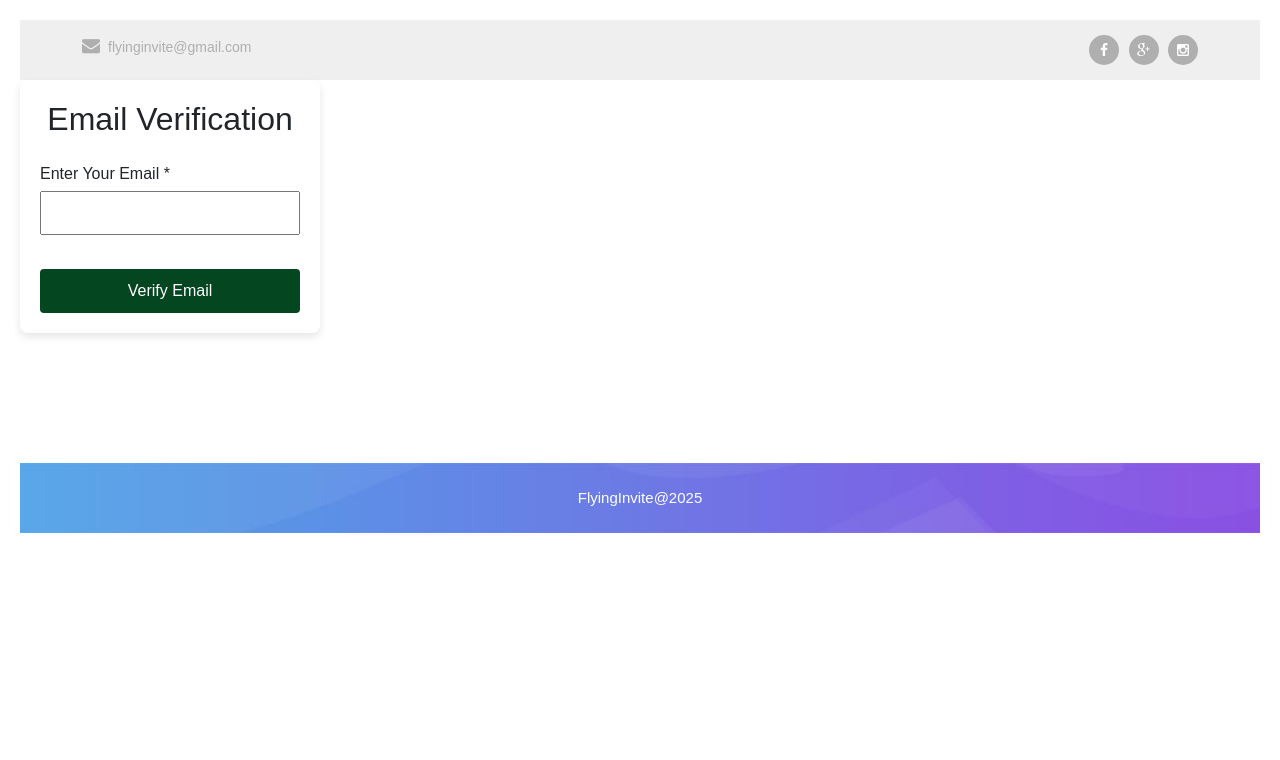
Repository: viraj7551/Flying-Invite-Project
Page: http://localhost/FlyingInvite/verifyEmail.jsp
An editor plug-in stored every save of this project. The page is shown before and after the next save, followed by the edit.
The browser window is 1280 px wide. The pictures show the whole page.
The page is served by Tomcat 9. Other server files are loaded and not shown.

Above is the page before, as saved 2025-04-20 09:11:29.

### FlyingInvite/WebContent/verifyEmail.jsp
<%@ page language="java" contentType="text/html; charset=ISO-8859-1"
    pageEncoding="ISO-8859-1"%>
<!DOCTYPE html>
<html>
<head>
  <meta charset="UTF-8">
  <meta name="viewport" content="width=device-width, initial-scale=1, shrink-to-fit=no">
  <meta name="description" content="">
  <meta name="author" content="">
  <link rel="preconnect" href="https://fonts.googleapis.com">
  <link rel="preconnect" href="https://fonts.gstatic.com" crossorigin>
  <link href="https://fonts.googleapis.com/css2?family=Poppins:wght@100;200;300;400;500;600;700;800;900&display=swap" rel="stylesheet">

  <title>Flying Invite | Name Suggestor</title>

  <!-- Bootstrap core CSS -->
  <link href="vendor/bootstrap/css/bootstrap.min.css" rel="stylesheet">


  <!-- Additional CSS Files -->
  <link rel="stylesheet" href="assets/css/fontawesome.css">
  <link rel="stylesheet" href="assets/css/app.css">
  <link rel="stylesheet" href="assets/css/animated.css">
  <link rel="stylesheet" href="assets/css/owl.css">
  <link rel="stylesheet" href="assets/css/style.css">
   <link rel="stylesheet" href="assets/css/style02.css">

  <script async src="https://www.googletagmanager.com/gtag/js?id=G-DZ4MP44ET9"></script>
<script>
  window.dataLayer = window.dataLayer || [];
  function gtag(){dataLayer.push(arguments);}
  gtag('js', new Date());

  gtag('config', 'G-DZ4MP44ET9');
</script>


</head>
<body>

   <%
      if(session.getAttribute("generatedOTP") != null){
    	  session.invalidate();
      }
   %>


 <!-- ***** Preloader Start ***** -->
  <div id="js-preloader" class="js-preloader">
    <div class="preloader-inner">
      <span class="dot"></span>
      <div class="dots">
        <span></span>
        <span></span>
        <span></span>
      </div>
    </div>
  </div>

    <!-- ***** Preloader End ***** -->

  <!-- Pre-header Starts -->
  <div class="pre-header">
    <div class="container">
      <div class="row">
        <div class="col-lg-8 col-sm-8 col-7">
          <ul class="info">
            <li><a href="#"><i class="fa fa-envelope"></i>flyinginvite@gmail.com</a></li>
          </ul>
        </div>
        <div class="col-lg-4 col-sm-4 col-5">
          <ul class="social-media">
            <li><a href="https://www.facebook.com/profile.php?id=61567671551405" target="_blank"><i class="fa fa-facebook"></i></a></li>
            <li><a href="#"><i class="fa fa-google-plus"></i></a></li>
            <li><a href="https://www.instagram.com/flyinginvite/?igsh=Yjh6aXM5eHZ3a3Nt" target="_blank"><i class="fa fa-instagram"></i></a></li>
          </ul>
        </div>
      </div>
    </div>
  </div>
  <!-- Pre-header End -->



    <div id="form-container">
        <h2>Email Verification</h2> <br>
        <form id="signup-form" method="POST" action="/Child_Name_Generator/VerifyEmail" onsubmit="return baby_name_generator()">
            <label for="email">Enter Your Email *</label>
            <input type="email" id="email" name="email" required><br>
            <button type="submit">Verify Email</button>
        </form>
    </div>












  <!-- Footer -->
  <footer>
    <div class="container">
      <div class="row">
        <div class="col-lg-12">
           <p>FlyingInvite@2025</p>
        </div>
      </div>
    </div>
  </footer>

  <!-- Scripts -->
  <script src="vendor/jquery/jquery.min.js"></script>
  <script src="vendor/bootstrap/js/bootstrap.bundle.min.js"></script>
  <script src="assets/js/owl-carousel.js"></script>
  <script src="assets/js/animation.js"></script>
  <script src="assets/js/imagesloaded.js"></script>
  <script src="assets/js/custom.js"></script>
  <script src="assets/js/app.js"></script>
</body>
</html>

### FlyingInvite/WebContent/assets/css/owl.css
/**
 * Owl Carousel v2.3.4
 * Copyright 2013-2018 David Deutsch
 * Licensed under: SEE LICENSE IN https://github.com/OwlCarousel2/OwlCarousel2/blob/master/LICENSE
 */
/*
 *  Owl Carousel - Core
 */
.owl-carousel {
  display: none;
  width: 100%;
  -webkit-tap-highlight-color: transparent;
  /* position relative and z-index fix webkit rendering fonts issue */
  position: relative;
  z-index: 1; }
  .owl-carousel .owl-stage {
    position: relative;
    -ms-touch-action: pan-Y;
    touch-action: manipulation;
    -moz-backface-visibility: hidden;
    /* fix firefox animation glitch */ }
  .owl-carousel .owl-stage:after {
    content: ".";
    display: block;
    clear: both;
    visibility: hidden;
    line-height: 0;
    height: 0; }
  .owl-carousel .owl-stage-outer {
    position: relative;
    overflow: hidden;
    /* fix for flashing background */
    -webkit-transform: translate3d(0px, 0px, 0px); }
  .owl-carousel .owl-wrapper,
  .owl-carousel .owl-item {
    -webkit-backface-visibility: hidden;
    -moz-backface-visibility: hidden;
    -ms-backface-visibility: hidden;
    -webkit-transform: translate3d(0, 0, 0);
    -moz-transform: translate3d(0, 0, 0);
    -ms-transform: translate3d(0, 0, 0); }
  .owl-carousel .owl-item {
    position: relative;
    min-height: 1px;
    float: left;
    -webkit-backface-visibility: hidden;
    -webkit-tap-highlight-color: transparent;
    -webkit-touch-callout: none; }
  .owl-carousel .owl-item img {
    display: block;
    width: 100%; }
  .owl-carousel .owl-nav.disabled,
  .owl-carousel .owl-dots.disabled {
    display: none; }
  .owl-carousel .owl-nav .owl-prev,
  .owl-carousel .owl-nav .owl-next,
  .owl-carousel .owl-dot {
    cursor: pointer;
    -webkit-user-select: none;
    -khtml-user-select: none;
    -moz-user-select: none;
    -ms-user-select: none;
    user-select: none; }
  .owl-carousel .owl-nav button.owl-prev,
  .owl-carousel .owl-nav button.owl-next,
  .owl-carousel button.owl-dot {
    background: none;
    color: inherit;
    border: none;
    padding: 0 !important;
    font: inherit; }
  .owl-carousel.owl-loaded {
    display: block; }
  .owl-carousel.owl-loading {
    opacity: 0;
    display: block; }
  .owl-carousel.owl-hidden {
    opacity: 0; }
  .owl-carousel.owl-refresh .owl-item {
    visibility: hidden; }
  .owl-carousel.owl-drag .owl-item {
    -ms-touch-action: pan-y;
        touch-action: pan-y;
    -webkit-user-select: none;
    -moz-user-select: none;
    -ms-user-select: none;
    user-select: none; }
  .owl-carousel.owl-grab {
    cursor: move;
    cursor: grab; }
  .owl-carousel.owl-rtl {
    direction: rtl; }
  .owl-carousel.owl-rtl .owl-item {
    float: right; }

/* No Js */
.no-js .owl-carousel {
  display: block; }

/*
 *  Owl Carousel - Animate Plugin
 */
.owl-carousel .animated {
  animation-duration: 1000ms;
  animation-fill-mode: both; }

.owl-carousel .owl-animated-in {
  z-index: 0; }

.owl-carousel .owl-animated-out {
  z-index: 1; }

.owl-carousel .fadeOut {
  animation-name: fadeOut; }

@keyframes fadeOut {
  0% {
    opacity: 1; }
  100% {
    opacity: 0; } }

/*
 * 	Owl Carousel - Auto Height Plugin
 */
.owl-height {
  transition: height 500ms ease-in-out; }

/*
 * 	Owl Carousel - Lazy Load Plugin
 */
.owl-carousel .owl-item {
  /**
			This is introduced due to a bug in IE11 where lazy loading combined with autoheight plugin causes a wrong
			calculation of the height of the owl-item that breaks page layouts
		 */ }
  .owl-carousel .owl-item .owl-lazy {
    opacity: 0;
    transition: opacity 400ms ease; }
  .owl-carousel .owl-item .owl-lazy[src^=""], .owl-carousel .owl-item .owl-lazy:not([src]) {
    max-height: 0; }
  .owl-carousel .owl-item img.owl-lazy {
    transform-style: preserve-3d; }

/*
 * 	Owl Carousel - Video Plugin
 */
.owl-carousel .owl-video-wrapper {
  position: relative;
  height: 100%;
  background: #000; }

.owl-carousel .owl-video-play-icon {
  position: absolute;
  height: 80px;
  width: 80px;
  left: 50%;
  top: 50%;
  margin-left: -40px;
  margin-top: -40px;
  background: url("owl.video.play.png") no-repeat;
  cursor: pointer;
  z-index: 1;
  -webkit-backface-visibility: hidden;
  transition: transform 100ms ease; }

.owl-carousel .owl-video-play-icon:hover {
  -ms-transform: scale(1.3, 1.3);
      transform: scale(1.3, 1.3); }

.owl-carousel .owl-video-playing .owl-video-tn,
.owl-carousel .owl-video-playing .owl-video-play-icon {
  display: none; }

.owl-carousel .owl-video-tn {
  opacity: 0;
  height: 100%;
  background-position: center center;
  background-repeat: no-repeat;
  background-size: contain;
  transition: opacity 400ms ease; }

.owl-carousel .owl-video-frame {
  position: relative;
  z-index: 1;
  height: 100%;
  width: 100%; }

### FlyingInvite/WebContent/assets/css/style.css
/* Aligns the heading text to the center. */

h1 {
    text-align: center;
  }

  /* Sets the width for the accordion. Sets the margin to 90px on the top and bottom and auto to the left and right */
.accordion-body{
    margin-top: 100px;
}


.navigate_section{
    margin: 90px auto;
}

#navigateHeader{
  display: none;
}
#navigateBtn{
  padding: 20px;
  background-color: #213448;
  color: #fff;
  margin-left: 350px;
  margin-top: 170px;
  margin-bottom: 170px;
  border-radius: 5px;
  width: max-content;
}
.blink_me{
  animation: blinker 1s linear infinite;
}

@keyframes blinker {
  50% {
    opacity: 0;
  }
}

#coming_soon_header{
  padding: 20px;
  color: #213448;
  margin-left: 350px;
  margin-top: 170px;
  margin-bottom: 170px;
  border-radius: 5px;
  width: max-content;
}

#navigateBtn:hover {
   background-color: #27548A;
}

  .accordion {
    width: 800px;
    margin: 90px auto;
    color: black;
    background-color: white;
    padding: 45px 45px;
  }

  .accordion .container {
    position: relative;
    margin: 10px 10px;
  }

  /* Positions the labels relative to the .container. Adds padding to the top and bottom and increases font size. Also makes its cursor a pointer */

  .accordion .label {
    position: relative;
    padding: 10px 0;
    font-size: 24px;
    color: black;
    cursor: pointer;
  }

  /* Positions the plus sign 5px from the right. Centers it using the transform property. */

.accordion .label::before {
    content: '+';
    color: black;
    position: absolute;
    top: 50%;
    right: -5px;
    font-size: 24px;
    transform: translateY(-50%);
  }

  /* Hides the content (height: 0), decreases font size, justifies text and adds transition */

  .accordion .content {
    position: relative;
    background: white;
    height: 0;
    font-size: 16px;
    text-align: justify;
    width: 780px;
    overflow: hidden;
    transition: 0.5s;
  }

  /* Adds a horizontal line between the contents */

  .accordion hr {
    width: 100;
    margin-left: 0;
    border: 1px solid grey;
  }

  /* Unhides the content part when active. Sets the height */

.accordion .container.active .content {
    height: 90px;
  }




  /* Changes from plus sign to negative sign once active */

  .accordion .container.active .label::before {
    content: '-';
    font-size: 30px;
  }


 @media (max-width: 1200px) {
    #navigateBtn{
      margin-left: 180px;
     }
  }

 @media only screen and (max-width: 1024px) {
    #coming_soon_header{
      margin-left: 180px;
    }
}

 @media only screen and (max-width: 1180px) {
    #coming_soon_header{
      margin-left: 180px;
    }
  }


  @media (max-width: 992px) {


    .accordion .container.active .content{
      width: auto;
      height: 100px;
    }

    #navigateBtn{
    margin-left: 55px;
   }
  }

   @media only screen and (max-width: 932px) and (min-width: 740px){
  #navigateBtn{
    margin-left: 135px;
   }

   #navigateHeader{
    display: block;
    margin-left: 110px;
  }
  #coming_soon_header{
    margin-left: 110px;
  }
 }



  @media (max-width: 767px){

    .accordion{
        width: auto;
    }
    .accordion .label {
        font-size: 16px;
      }

      .accordion .content {
        font-size: 14px;
        text-align: justify;
        width: 200px;
        overflow: hidden;
      }

      #navigateHeader{
        display: block;
        margin-left: 20px;
      }

      #coming_soon_header{
        margin-left: 20px;
      }
  }

    @media only screen and (max-width: 360px){
      #navigateHeader{
        display: block;
        margin-left: 60px;
      }
  }

### FlyingInvite/WebContent/assets/css/style02.css
@charset "ISO-8859-1";

    /* styles.css */
body {
    font-family: Arial, sans-serif;
    height: 100vh;
    margin: 20px;
}

#form-container {
    background-color: white;
    padding: 20px;
    border-radius: 8px;
    box-shadow: 0px 4px 8px rgba(0, 0, 0, 0.1);
    width: 300px;
    text-align: center;
}

form {
    display: flex;
    flex-direction: column;
    align-items: flex-start;
}

label {
    margin-bottom: 5px;
}

input {
    padding: 8px;
    margin-bottom: 10px;
    width: 100%;
    box-sizing: border-box;
}

select{
    padding: 8px;
    margin-bottom: 25px;
    width: 100%;
    box-sizing: border-box;
}

select > option{
    padding: 15px;
}

.caste_preference{
    display: flex;
    width: 100%;
    margin-bottom: 5px;
}

.starting_letter_specific{
    display: flex;
    width: 100%;
    margin-bottom: 5px;
}

.error{
    margin-top: -30px;
    margin-bottom: 20px;
    color: red;
    font-size: 14px;
    display: none;
}

button {
    padding: 10px;
    background-color: #03461f;
    color: white;
    border: none;
    border-radius: 4px;
    cursor: pointer;
    width: 100%;
}

button:hover {
    background-color: #03751ac4;
}

Loaded but not shown: FlyingInvite/WebContent/assets/css/fontawesome.css (library); FlyingInvite/WebContent/assets/css/animated.css (common file); FlyingInvite/WebContent/assets/js/owl-carousel.js (3448 lines, source omitted); FlyingInvite/WebContent/assets/js/imagesloaded.js (496 lines, source omitted); FlyingInvite/WebContent/assets/js/animation.js (193 lines, source omitted); FlyingInvite/WebContent/assets/js/custom.js (172 lines, source omitted); FlyingInvite/WebContent/assets/js/app.js (7 lines, source omitted); FlyingInvite/WebContent/assets/css/app.css (2123 lines, source omitted)

After the next save:
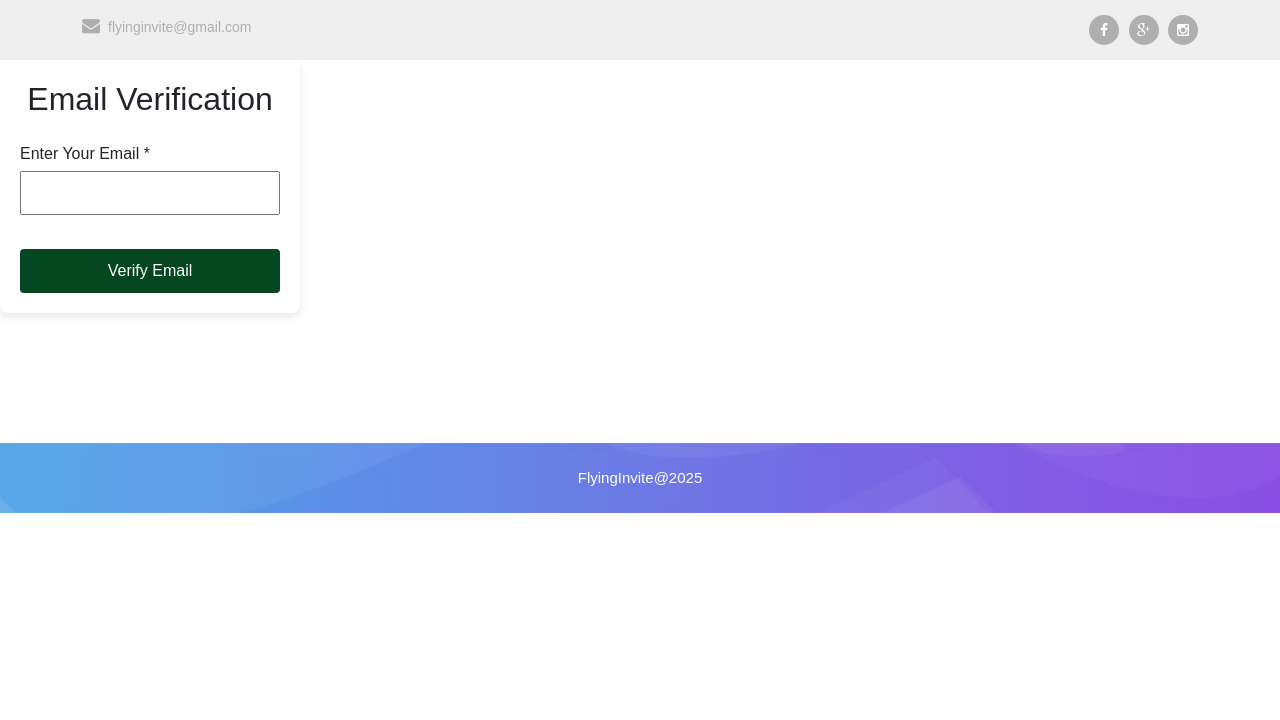
Saved 14 s later.
--- a/FlyingInvite/WebContent/assets/css/style02.css
+++ b/FlyingInvite/WebContent/assets/css/style02.css
@@ -4,7 +4,7 @@
 body {
     font-family: Arial, sans-serif;
     height: 100vh;
-    margin: 20px;
+    margin: 0;
 }
 
 #form-container {
